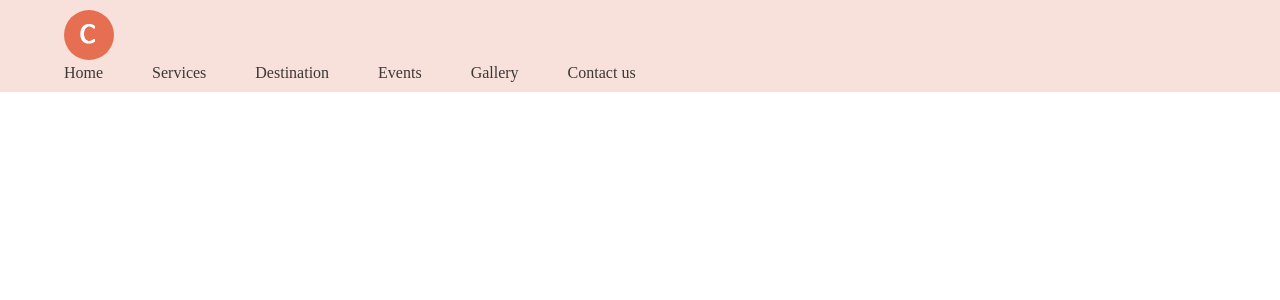
Repository: giahuy405/BC38_Camping_Pham_Gia_Huy
Page: index.html
The author's editor kept a copy of each file at every save. The page is drawn from the files as they stood at one save, then again after the next save.
The browser window is 1280 px wide. The pictures show the whole page.

Above is the page before, as saved 2022-09-10 21:08:08.

After the next save:
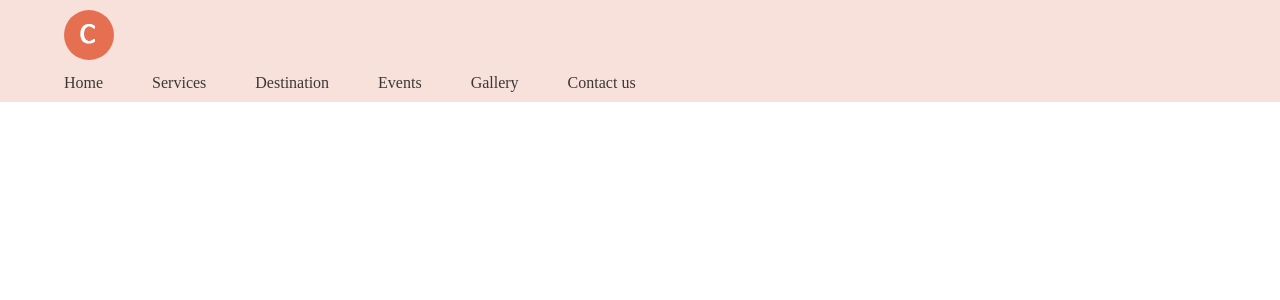
Saved 22 s later.
--- a/css/index.css
+++ b/css/index.css
@@ -12,6 +12,9 @@
 header{
     background-color: #f8e1db;
     padding: 10px 0;
+}
+nav{
+    margin-top: 10px;
 }
 nav ul{
     list-style: none;
